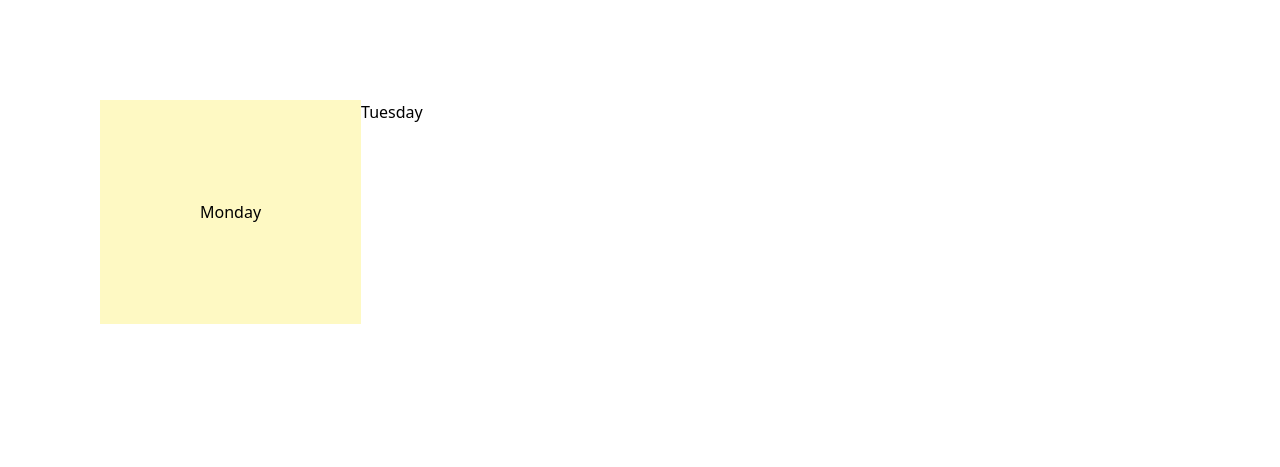
Repository: AfzalHaq61/tailwind-deep
Page: http://localhost/
These files come from the project's save history. The page is drawn as it stood at one moment and after the next save; the edit follows.
The browser window is 1280 px wide. The pictures show the whole page.
The page is served by the project's Laravel application, run on PHP 8.4 with Laravel 9. Style sheets and scripts are compiled from the project's sources, by tool versions that may differ from the author's.

Above is the page before, as saved 2022-12-24 17:19:54.

After the next save:
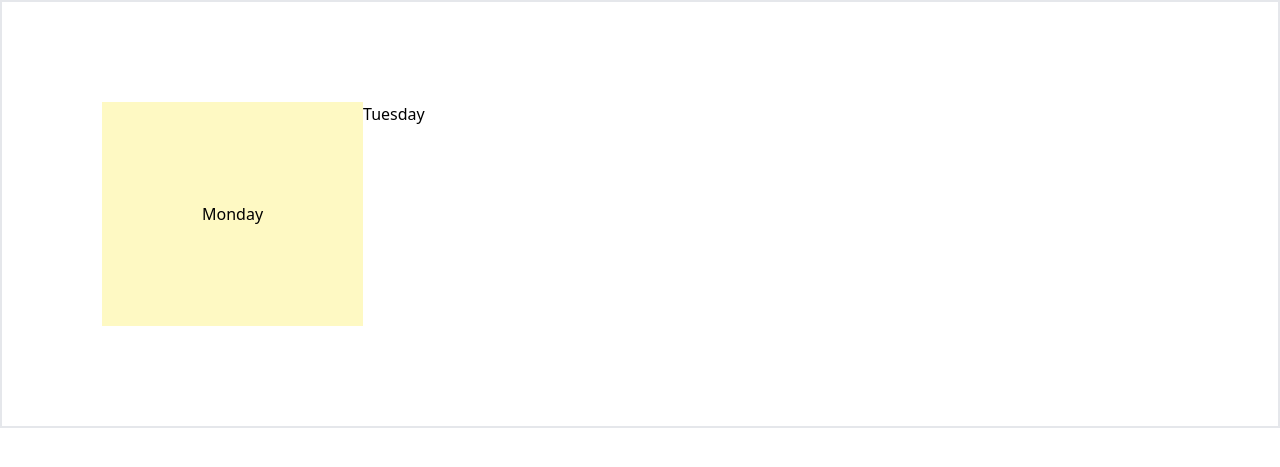
Saved 11 s later.
--- a/resources/views/welcome.blade.php
+++ b/resources/views/welcome.blade.php
@@ -8,7 +8,7 @@
 </head>
 
 <body>
-    <div class="flex p-[100px]">
+    <div class="flex p-[100px] border-2">
         <div class="bg-yellow-100 p-[100px]">
             <h1>Monday</h1>
         </div>
